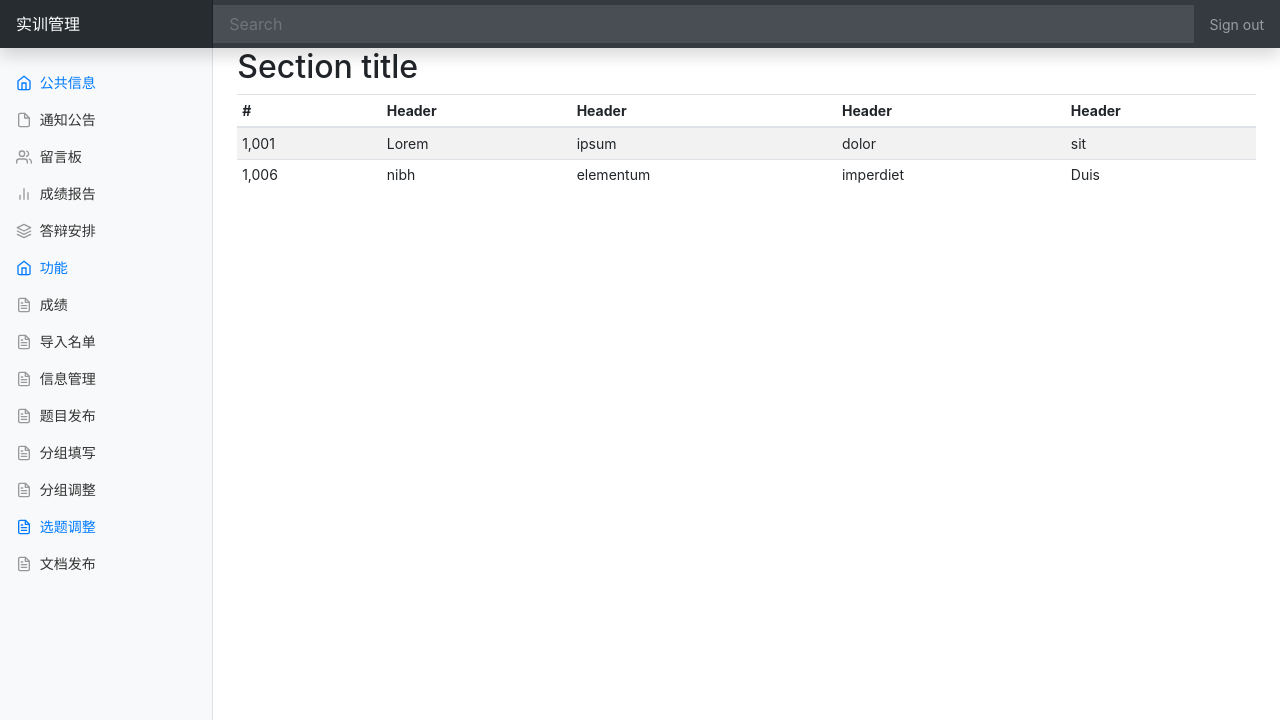
Repository: Kong-T/Practical-training
Page: Administrator/html/index_topic_admin.html
These files come from the project's save history. The page is drawn as it stood at one moment and after the next save; the edit follows.
The browser window is 1280 px wide. The pictures show the whole page.
The page's requests for data from a server got no answer. Some web libraries are served in a nearby version.

Above is the page before, as saved 2020-12-14 11:05:49.
Console error: TypeError: Cannot read properties of null (reading 'length')

### Administrator/html/index_topic_admin.html
<!doctype html>
<html lang="en">

<head>
  <meta charset="utf-8">
  <meta name="viewport" content="width=device-width, initial-scale=1, shrink-to-fit=no">
  <meta name="description" content="">
  <meta name="author" content="Mark Otto, Jacob Thornton, and Bootstrap contributors">
  <meta name="generator" content="Jekyll v4.0.1">
  <title>Dashboard Template · Bootstrap</title>

  <link rel="canonical" href="https://getbootstrap.com/docs/4.5/examples/dashboard/">

  <!-- Bootstrap core CSS -->
  <link href="../../assets4.5/dist/css/bootstrap.css" rel="stylesheet">

  <style>
    .bd-placeholder-img {
      font-size: 1.125rem;
      text-anchor: middle;
      -webkit-user-select: none;
      -moz-user-select: none;
      -ms-user-select: none;
      user-select: none;
    }

    @media (min-width: 768px) {
      .bd-placeholder-img-lg {
        font-size: 3.5rem;
      }
    }
  </style>

  <!-- Custom styles for this template -->
  <link href="../css/dashboard.css" rel="stylesheet">
</head>

<body>
  <nav class="navbar navbar-dark sticky-top bg-dark flex-md-nowrap p-0 shadow">
    <a class="navbar-brand col-md-3 col-lg-2 mr-0 px-3" href="#">实训管理</a>
    <button class="navbar-toggler position-absolute d-md-none collapsed" type="button" data-toggle="collapse"
      data-target="#sidebarMenu" aria-controls="sidebarMenu" aria-expanded="false" aria-label="Toggle navigation">
      <span class="navbar-toggler-icon"></span>
    </button>
    <input class="form-control form-control-dark w-100" type="text" placeholder="Search" aria-label="Search">
    <ul class="navbar-nav px-3">
      <li class="nav-item text-nowrap">
        <a class="nav-link" href="#">Sign out</a>
      </li>
    </ul>
  </nav>


  <div class="container-fluid">
    <div class="row">
      <nav id="sidebarMenu" class="col-md-3 col-lg-2 d-md-block bg-light sidebar collapse">
        <div class="sidebar-sticky pt-3">
          <ul class="nav flex-column">
            <li class="nav-item">
              <a class="nav-link active" href="#">
                <span data-feather="home"></span>
                公共信息 <span class="sr-only">(current)</span>
              </a>
            </li>
            <li class="nav-item">
              <a class="nav-link" href="#">
                <span data-feather="file"></span>
                通知公告
              </a>
            </li>

            <li class="nav-item">
              <a class="nav-link" href="#">
                <span data-feather="users"></span>
                留言板
              </a>
            </li>
            <li class="nav-item">
              <a class="nav-link" href="#">
                <span data-feather="bar-chart-2"></span>
                成绩报告
              </a>
            </li>
            <li class="nav-item">
              <a class="nav-link" href="#">
                <span data-feather="layers"></span>
                答辩安排
              </a>
            </li>
          </ul>

          <a class="nav-link active" href="#">
            <span data-feather="home"></span>
            功能 <span class="sr-only">(current)</span>
          </a>
          <!-- <h6 class="sidebar-heading d-flex justify-content-between align-items-center px-3 mt-4 mb-1 text-muted">
          <span>功能</span> -->
          <!-- <a class="d-flex align-items-center text-muted" href="#" aria-label="Add a new report">
            <span data-feather="plus-circle"></span>
          </a> -->
          </h6>
          <ul class="nav flex-column mb-2">
            <li class="nav-item">
              <a class="nav-link" href="#">
                <span data-feather="file-text"></span>
                成绩
              </a>
            </li>
            <li class="nav-item">
              <a class="nav-link" href="#">
                <span data-feather="file-text"></span>
                导入名单
              </a>
            </li>
            <li class="nav-item">
              <a class="nav-link" href="#">
                <span data-feather="file-text"></span>
                信息管理
              </a>
            </li>
            <li class="nav-item">
              <a class="nav-link" href="#">
                <span data-feather="file-text"></span>
                题目发布
              </a>
            </li>
            <li class="nav-item">
              <a class="nav-link" href="#">
                <span data-feather="file-text"></span>
                分组填写
              </a>
            </li>
            <li class="nav-item">
              <a class="nav-link" href="#">
                <span data-feather="file-text"></span>
                分组调整
              </a>
            </li>
            <li class="nav-item">
              <a class="nav-link active" href="#">
                <span data-feather="file-text"></span>
                选题调整
              </a>
            </li>
            <li class="nav-item">
              <a class="nav-link" href="#">
                <span data-feather="file-text"></span>
                文档发布
              </a>
            </li>
          </ul>
        </div>
      </nav>

      <main role="main" class="col-md-9 ml-sm-auto col-lg-10 px-md-4">


        <h2>Section title</h2>
        <div class="table-responsive">
          <table class="table table-striped table-sm" id="tbody1">
            <thead>
              <tr>
                <th>#</th>
                <th>Header</th>
                <th>Header</th>
                <th>Header</th>
                <th>Header</th>
              </tr>
            </thead>
            <tbody>
              <tr>
                <td>1,001</td>
                <td>Lorem</td>
                <td>ipsum</td>
                <td>dolor</td>
                <td>sit</td>
              </tr>
              <tr>
                <td>1,006</td>
                <td>nibh</td>
                <td>elementum</td>
                <td>imperdiet</td>
                <td>Duis</td>
              </tr>


            </tbody>
          </table>
        </div>
      </main>
    </div>
  </div>
  <script src="https://cdn.bootcdn.net/ajax/libs/jquery/3.5.1/jquery.js"></script>
  <script src="https://code.jquery.com/jquery-3.5.1.slim.min.js"
    integrity="sha384-DfXdz2htPH0lsSSs5nCTpuj/zy4C+OGpamoFVy38MVBnE+IbbVYUew+OrCXaRkfj"
    crossorigin="anonymous"></script>
  <script>window.jQuery || document.write('<script src="../../assets4.5/js/vendor/jquery.slim.min.js"><\/script>')</script>
  <script src="../../assets4.5/dist/js/bootstrap.bundle.js"></script>
  <script src="https://cdnjs.cloudflare.com/ajax/libs/feather-icons/4.9.0/feather.min.js"></script>
  <script src="https://cdnjs.cloudflare.com/ajax/libs/Chart.js/2.7.3/Chart.min.js"></script>

  <script src="../js/dashboard.js"></script>

  <script type="text/javascript">
    var jq = jQuery.noConflict();

    window.onload = function () {
      // 请求后端数据
      $.ajax({
        url: "http://localhost:8080/Ad_topic",
        type: "post",
        data: name,
        success: function (data) {
          showData(data);//我们仅做数据展示
        },
        error: function (msg) {
          alert("ajax连接异常：" + msg);
          console.log("error");
        }
      })

      // 展示数据
      function showData(data) {
        var str = "<thead ><tr><th>编号</th><th>题目名称</th><th>选题简介</th><th>提交者</th><th>是否审核通过</th></tr></thead>";//定义用于拼接的字符串
        // console.log(data);
        for (var i = 0; i < data.Topic_title.length; i++) {

          console.log(data.Topic_title);

          j = i * 1 + 1;
          var Topic_titleID = " Topic_title" + i;
          var Topic_detailsID = "Topic_details" + i;
          var TutorID = "Tutor" + i;
          var denyID = "deny" + i;
          str += "<tr><td>" + j + "</td><td id=\"" + Topic_titleID + "\">" + data.Topic_title[i] + "</td><td id=\"" + Topic_detailsID + "\">" + data.Topic_details[i] + "</td><td id=\"" + TutorID + "\">" + data.Tutor[i] + "</td><td><input type=\"checkbox\">是<input type =\"checkbox\" name=\"deny\" id=\"" + denyID + "\"onclick = \"delete_topic()\"" + "\"style = \"margin-left: 10px;\">否</td></tr>"
          console.log(str);

        }
        $("#tbody1").html(str);
      }


      var Topic_title = new Array();//声明一个放title的数组
      var btns = document.getElementsByTagName("button");//获取所有btn对象

      //管理员操作
      //设置不能同时选择是和否
      $(function () {
        $('table').on('click', 'input', function () {
          // console.log($('this').html);
          console.log("ta")
          var now = this;
          $('input').each(function (i, e) {
            if (now !== e) {
              $(e).attr('checked', false);
              // console.log(this)
            }
          })
        });
      })
    }

  </script>

  <script>

    var deny_now = "";
    function delete_topic(e) {
      console.log("ttt")
      // deny_now = "";//获取当前被点击的否的id
      $(document).click(function (e) {
        deny_now = e.target.id;
        console.log("函数内" + deny_now);
        // return deny_now;
      });
      console.log("获取当前id" + deny_now);
      console.log(deny_now.substring(deny_now.length - 1, deny_now.length))//获取当前被点击的否的编号
      var titleID = " Topic_title" + deny_now.substr(deny_now.length - 1, 1)
      var detailsID = "Topic_details" + deny_now.substr(deny_now.length - 1, 1)
      // console.log(titleID, detailsID)
      var titleValue = document.getElementById(titleID).innerText //获取topic_title单元格的值
      console.log(titleValue)
      Topic_title.push(titleValue);//把title放进数组里
      console.log(Topic_title)
    }
    //向后台传输title
    function submit() {
      $.ajax({
        type: "POST",
        url: "http://localhost:8080/Ad_topic_1",
        data: JSON.stringify(titleValue), //将JSON对象转为字符串
        dataType: "JSON",
        contentType: "application/json",
        async: 'true',
        beforeSend: function (XMLHttpRequest, settings) {
          //ShowLoading();
          // console.log($.ajax.data);
        },
        success: function () {
          alert("success");
        },
        error: function () {
          //请求出错处理
          console.log("error");
        },
      })
    }
  </script>

</body>

</html>

### Administrator/css/dashboard.css
body {
  font-size: .875rem;
}

.feather {
  width: 16px;
  height: 16px;
  vertical-align: text-bottom;
}

/*
 * Sidebar
 */

.sidebar {
  position: fixed;
  top: 0;
  bottom: 0;
  left: 0;
  z-index: 100; /* Behind the navbar */
  padding: 48px 0 0; /* Height of navbar */
  box-shadow: inset -1px 0 0 rgba(0, 0, 0, .1);
}

@media (max-width: 767.98px) {
  .sidebar {
    top: 5rem;
  }
}

.sidebar-sticky {
  position: relative;
  top: 0;
  height: calc(100vh - 48px);
  padding-top: .5rem;
  overflow-x: hidden;
  overflow-y: auto; /* Scrollable contents if viewport is shorter than content. */
}

@supports ((position: -webkit-sticky) or (position: sticky)) {
  .sidebar-sticky {
    position: -webkit-sticky;
    position: sticky;
  }
}

.sidebar .nav-link {
  font-weight: 500;
  color: #333;
}

.sidebar .nav-link .feather {
  margin-right: 4px;
  color: #999;
}

.sidebar .nav-link.active {
  color: #007bff;
}

.sidebar .nav-link:hover .feather,
.sidebar .nav-link.active .feather {
  color: inherit;
}

.sidebar-heading {
  font-size: .75rem;
  text-transform: uppercase;
}

/*
 * Navbar
 */

.navbar-brand {
  padding-top: .75rem;
  padding-bottom: .75rem;
  font-size: 1rem;
  background-color: rgba(0, 0, 0, .25);
  box-shadow: inset -1px 0 0 rgba(0, 0, 0, .25);
}

.navbar .navbar-toggler {
  top: .25rem;
  right: 1rem;
}

.navbar .form-control {
  padding: .75rem 1rem;
  border-width: 0;
  border-radius: 0;
}

.form-control-dark {
  color: #fff;
  background-color: rgba(255, 255, 255, .1);
  border-color: rgba(255, 255, 255, .1);
}

.form-control-dark:focus {
  border-color: transparent;
  box-shadow: 0 0 0 3px rgba(255, 255, 255, .25);
}

### Administrator/js/dashboard.js
/* globals Chart:false, feather:false */

(function () {
  'use strict'

  feather.replace()

  // Graphs
  var ctx = document.getElementById('myChart')
  // eslint-disable-next-line no-unused-vars
  var myChart = new Chart(ctx, {
    type: 'line',
    data: {
      labels: [
        'Sunday',
        'Monday',
        'Tuesday',
        'Wednesday',
        'Thursday',
        'Friday',
        'Saturday'
      ],
      datasets: [{
        data: [
          15339,
          21345,
          18483,
          24003,
          23489,
          24092,
          12034
        ],
        lineTension: 0,
        backgroundColor: 'transparent',
        borderColor: '#007bff',
        borderWidth: 4,
        pointBackgroundColor: '#007bff'
      }]
    },
    options: {
      scales: {
        yAxes: [{
          ticks: {
            beginAtZero: false
          }
        }]
      },
      legend: {
        display: false
      }
    }
  })
}())

Loaded but not shown: assets4.5/dist/css/bootstrap.css (library); assets4.5/dist/js/bootstrap.bundle.js (library)

After the next save:
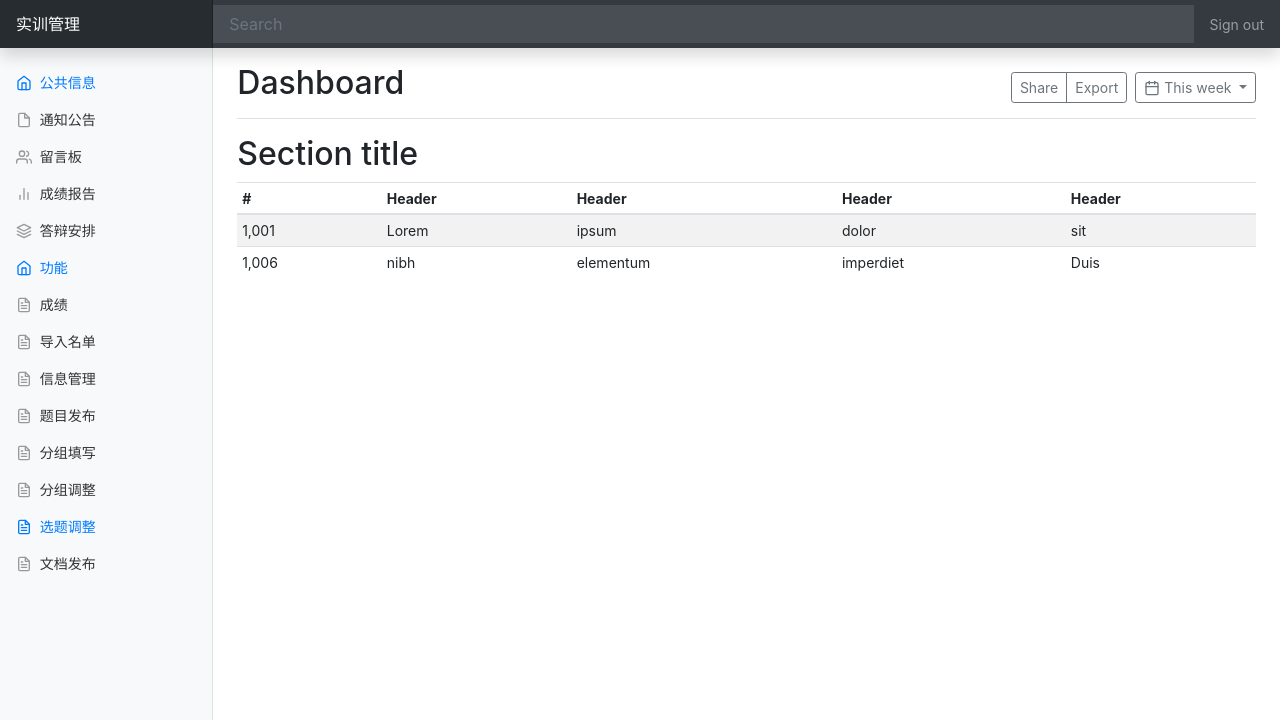
Saved 37 s later.
--- a/Administrator/html/index_topic_admin.html
+++ b/Administrator/html/index_topic_admin.html
@@ -153,7 +153,19 @@
       </nav>
 
       <main role="main" class="col-md-9 ml-sm-auto col-lg-10 px-md-4">
-
+ <div class="d-flex justify-content-between flex-wrap flex-md-nowrap align-items-center pt-3 pb-2 mb-3 border-bottom">
+        <h1 class="h2">Dashboard</h1>
+        <div class="btn-toolbar mb-2 mb-md-0">
+          <div class="btn-group mr-2">
+            <button type="button" class="btn btn-sm btn-outline-secondary">Share</button>
+            <button type="button" class="btn btn-sm btn-outline-secondary">Export</button>
+          </div>
+          <button type="button" class="btn btn-sm btn-outline-secondary dropdown-toggle">
+            <span data-feather="calendar"></span>
+            This week
+          </button>
+        </div>
+      </div>
 
         <h2>Section title</h2>
         <div class="table-responsive">
